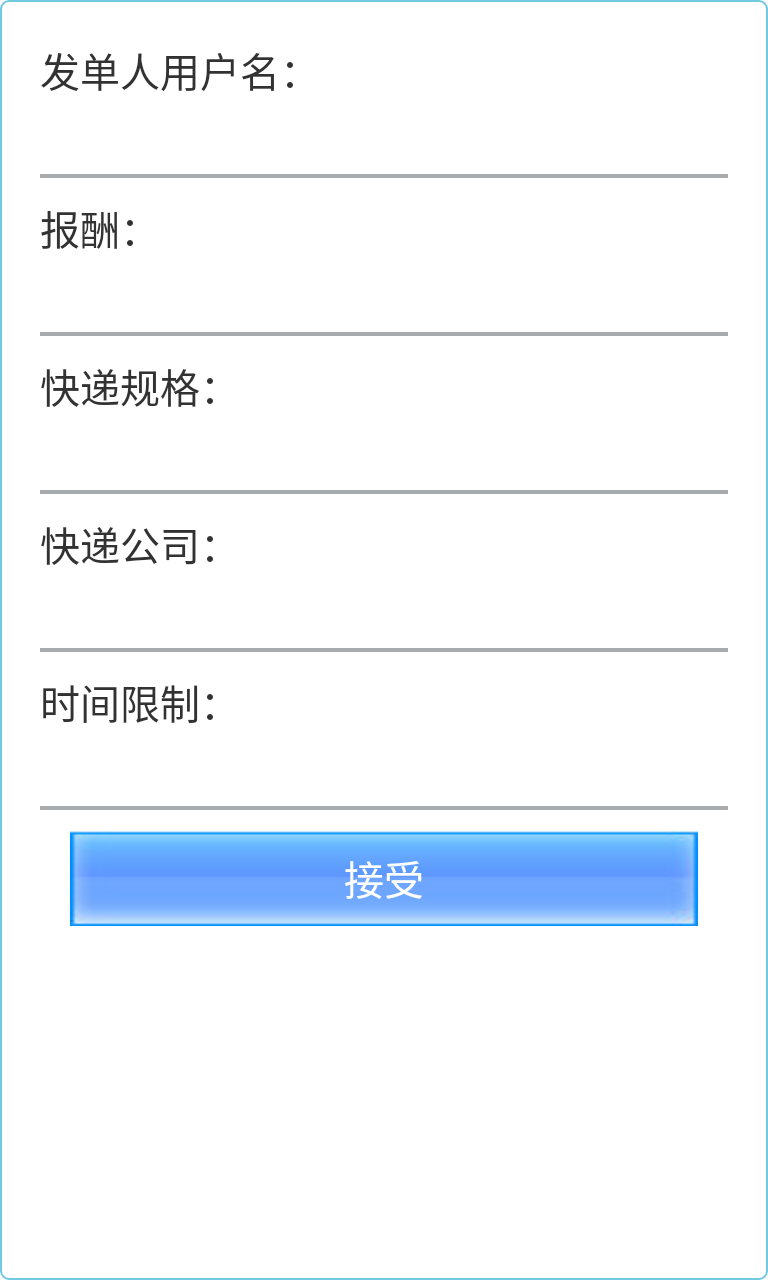
Repository: fariashen/campus-express
Layout: easyCourier/res/layout/activity_requestdetail.xml
These files come from the project's save history. The layout is drawn as it stood at one moment and after a run of saves; the edit follows.
It is drawn on a 768 x 1280 px phone screen (xhdpi) without system bars, with theme AppTheme; the app's code is not run.

Above is the layout before, as saved 2016-04-25 09:27:03.

After the next 2 saves:
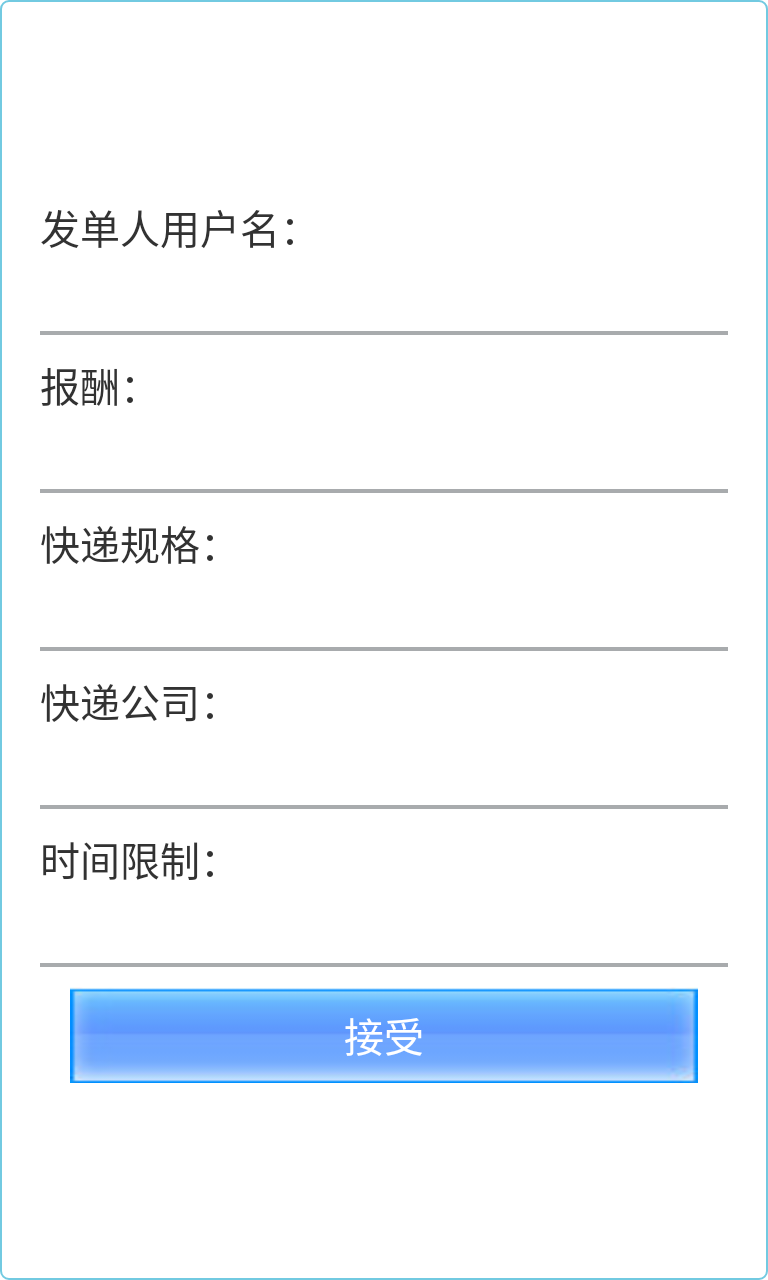
The 2 saves are shown as one change because 1 did not build or start.
The last was saved 18 s later.
--- a/easyCourier/res/layout/activity_requestdetail.xml
+++ b/easyCourier/res/layout/activity_requestdetail.xml
@@ -6,11 +6,7 @@
     android:gravity="center"
     android:orientation="vertical" >
 
-    <ScrollView
-        android:layout_width="fill_parent"
-        android:layout_height="fill_parent"
-        android:fadingEdge="vertical"
-        android:scrollbars="vertical" >
+
 
         <LinearLayout
             android:layout_width="match_parent"
@@ -107,6 +103,5 @@
                 android:textColor="#ffffff"
                 android:textSize="20sp" />
         </LinearLayout>
-    </ScrollView>
 
 </LinearLayout>
